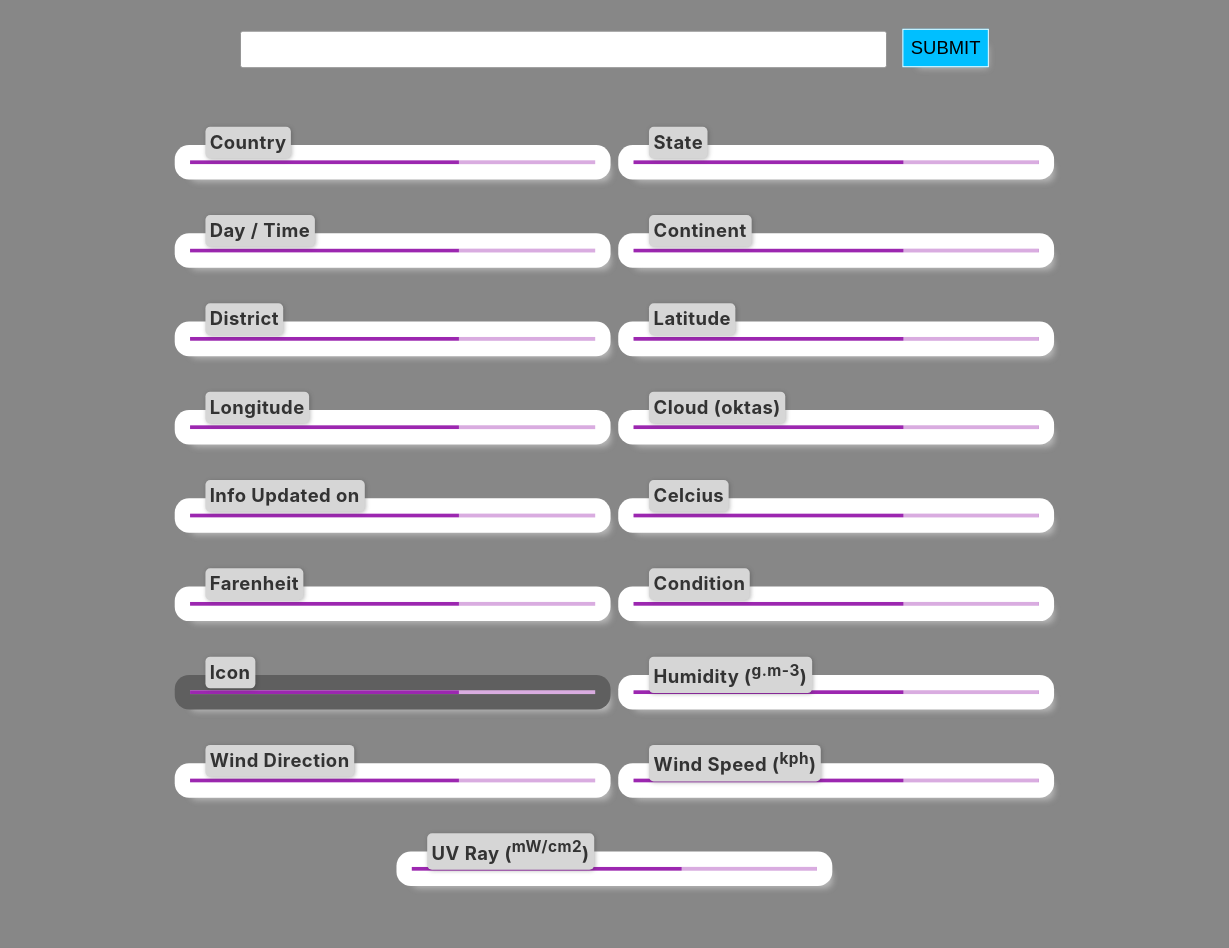
Repository: Imprasna/practising-API
Page: /
An editor plug-in stored every save of this project. The page is shown before and after a run of saves, followed by the edit.
The browser window is 1280 px wide. The pictures show the whole page, at 96% of full size.
The project was rebuilt for these pictures with package versions that can differ from the ones it lists, and the page was loaded fresh each time. Also part of the build but not shown: src/component/Country.js, src/component/Region.js, src/component/Time.js, src/component/Continent.js, src/component/District.js, src/component/Cloud.js, src/component/UpdatedWeather.js, src/component/Celcius.js and 9 more.

Above is the page before, as saved 2021-11-12 00:20:17.

After the next 2 saves:
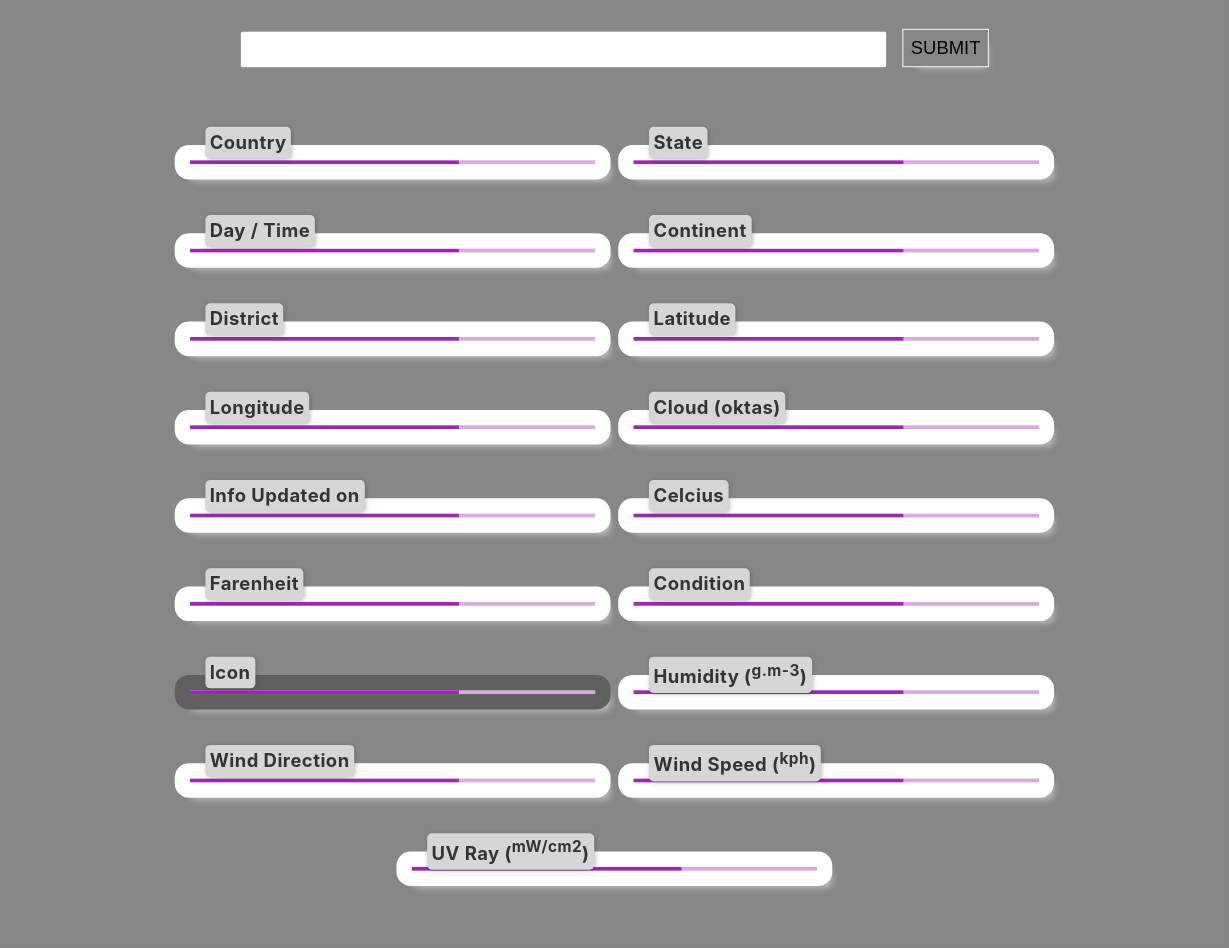
The 2 saves are shown as one change because they came seconds apart.
The last was saved 6 s later.
--- a/src/component/style.css
+++ b/src/component/style.css
@@ -37,7 +37,7 @@ body {
     font-size: 1.2rem;
     text-transform: uppercase;
     border-radius: 0px;
-    background: deepskyblue;
+    background: transparent;
 }
 
 .button:hover {
